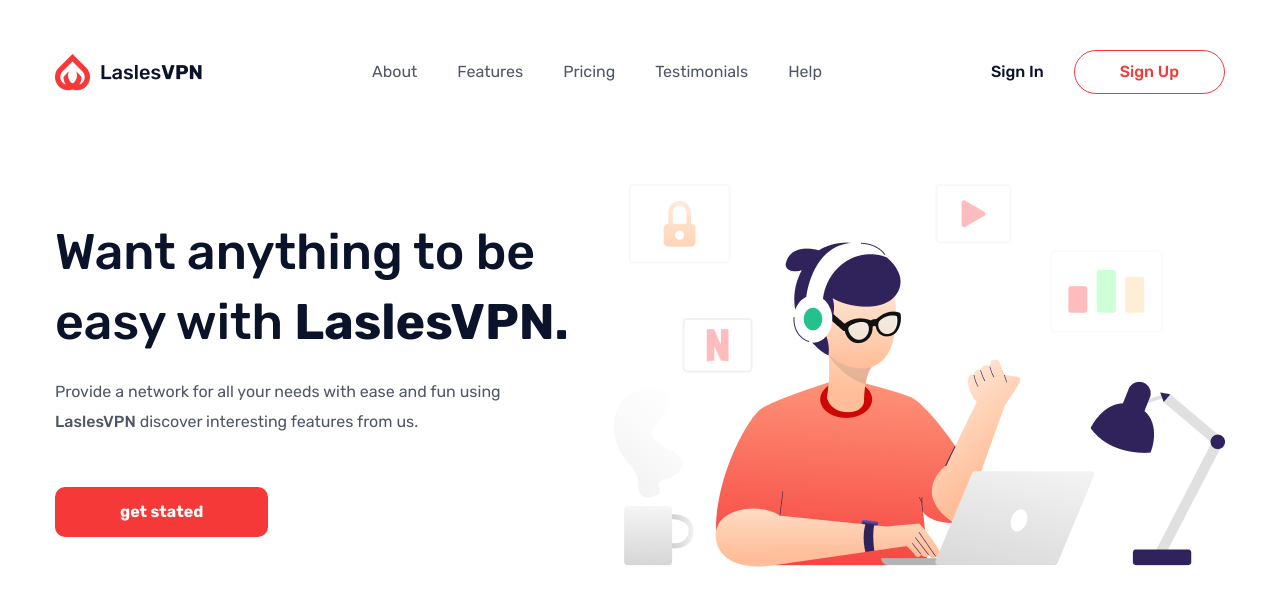
Repository: longvuht/lasles-VPN-vu
Page: index.html
These files come from the project's save history. The page is drawn as it stood at one moment and after the next save; the edit follows.
The browser window is 1280 px wide. The pictures show the whole page.
The style sheet was rebuilt from its Sass, Less or Tailwind sources for each picture, by a compiler version that may differ from the author's.

Above is the page before, as saved 2022-09-10 16:45:28.

### index.html
<!DOCTYPE html>
<html lang="en">
  <head>
    <meta charset="UTF-8" />
    <meta name="viewport" content="width=device-width, initial-scale=1.0" />
    <title>lasles vpn vu</title>
    <link rel="preconnect" href="https://fonts.googleapis.com" />
    <link rel="preconnect" href="https://fonts.gstatic.com" crossorigin />
    <link
      href="https://fonts.googleapis.com/css2?family=Rubik:wght@400;500;700&display=swap"
      rel="stylesheet"
    />
    <link rel="stylesheet" href="./css/style.css" />
  </head>
  <body>
    <div class="wrapper">
      <header class="header">
        <div class="container">
          <div class="header-container">
            <img
              src="./img/header-logo.png"
              alt="header logo"
              class="header-logo"
            />
            <ul class="menu">
              <li class="menu-item">
                <a href="#" class="menu-link">About</a>
              </li>
              <li class="menu-item">
                <a href="#" class="menu-link">Features</a>
              </li>
              <li class="menu-item">
                <a href="#" class="menu-link">Pricing</a>
              </li>
              <li class="menu-item">
                <a href="#" class="menu-link">Testimonials</a>
              </li>
              <li class="menu-item">
                <a href="#" class="menu-link">Help</a>
              </li>
            </ul>
            <div class="header-auth">
              <a href="#none" class="header-signin">sign in</a>
              <a href="#none" class="button button--outline">sign up</a>
            </div>
          </div>
        </div>
      </header>
      <main>
        <section class="hero">
          <div class="container">
            <div class="hero-container">
              <div class="hero-content">
                <h1 class="hero-heading">
                  Want anything to be easy with <strong>LaslesVPN.</strong>
                </h1>
                <p class="hero-desc">
                  Provide a network for all your needs with ease and fun using
                  <strong>LaslesVPN</strong> discover interesting features from
                  us.
                </p>
                <a href="#" class="button button--rounded button--primary"
                  >get stated</a
                >
              </div>
              <div class="hero-image">
                <img src="./img/hero-img.png" alt="hero image" />
              </div>
            </div>
          </div>
        </section>
      </main>
    </div>
  </body>
</html>

### sass/app.scss
@import "reset";
@import "variables";
@import "global";
@import "header";
@import "hero";

### sass/_variables.scss
$font: "Rubik", sans-serif;
$text-color: #4f5665;
$heading-color: #0b132a;
$primary-color: #f53838;
$grey-color: #dde0e4;

### sass/_global.scss
.wrapper {
  max-width: 1440px;
  margin: 0 auto;
}
.container {
  max-width: 1170px;
  margin: 0 auto;
  padding: 0 15px;
}

body {
  line-height: 1;
  font-family: $font;
  color: $text-color;
  font-size: 16px;
  font-weight: 400;
}

.button {
  display: inline-block;
  padding: 13px 45px;
  border-radius: 100rem;
  font-family: $font;
  line-height: 1;
  font-weight: 500;
  font-size: 16px;
  text-decoration: none;
  outline: none;
  cursor: pointer;
  &--primary {
    font-weight: 700;
    background-color: $primary-color;
    color: #fff;
  }
  &--outline {
    background-color: transparent;
    color: $primary-color;
    font-weight: 500;
    border: 1px solid;
  }
  &--rounded {
    border-radius: 10px;
    padding: 17px 65px;
  }
}

### sass/_header.scss
.header {
  padding-top: 50px;
  padding-bottom: 90px;
  &-container {
    display: flex;
    justify-content: space-between;
    align-items: center;
  }
  &-auth {
    display: flex;
    align-items: center;
    gap: 0 30px;
    text-transform: capitalize;
  }
  &-signin {
    font-weight: 500;
    color: $heading-color;
    text-decoration: none;
  }
}

.menu {
  list-style: none;
  display: flex;
  align-items: center;
  gap: 0 40px;
  &-link {
    color: inherit;
    text-decoration: none;
  }
}

### sass/_hero.scss
.hero {
  &-container {
    display: flex;
    justify-content: space-between;
    align-items: center;
    gap: 0 40px;
  }
  &-content {
    width: 100%;
    max-width: 555px;
  }

  &-heading {
    font-size: 50px;
    font-weight: 500;
    margin-bottom: 20px;
    line-height: calc(70 / 50);
    color: $heading-color;
    strong {
      font-weight: 700;
    }
  }
  &-desc {
    line-height: calc(30 / 16);
    margin-bottom: 50px;
    strong {
      font-weight: 500;
    }
  }
}

Loaded but not shown: sass/_reset.scss (common file)

After the next save:
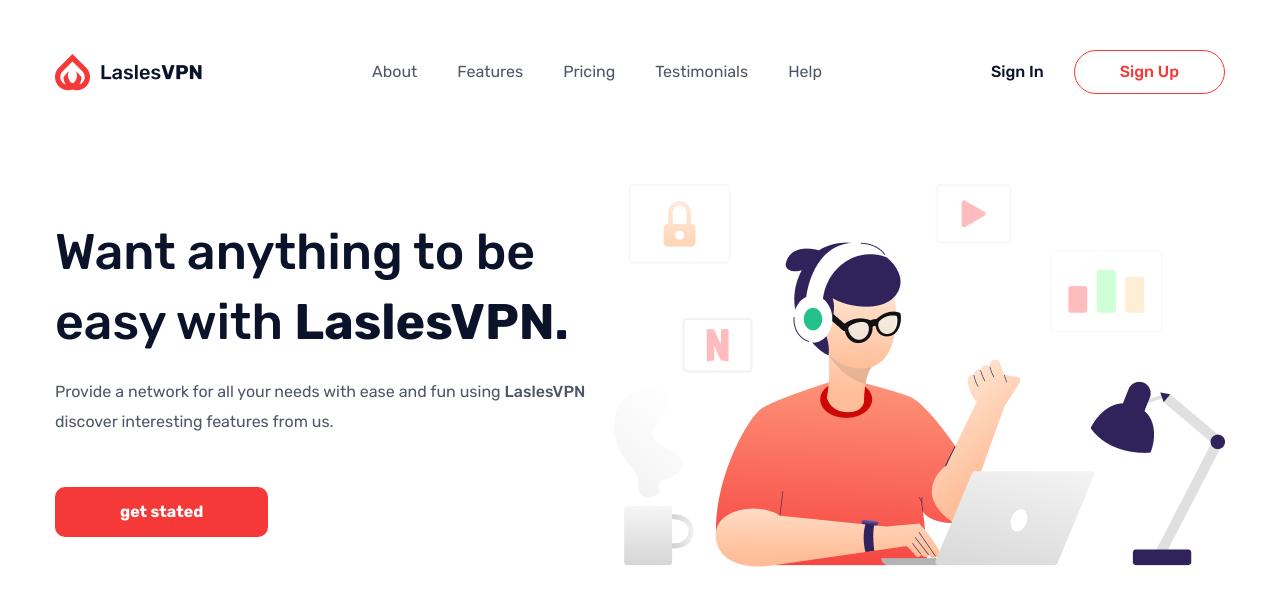
Saved 2 min 6 s later.
--- a/sass/_hero.scss
+++ b/sass/_hero.scss
@@ -3,7 +3,6 @@
     display: flex;
     justify-content: space-between;
     align-items: center;
-    gap: 0 40px;
   }
   &-content {
     width: 100%;
